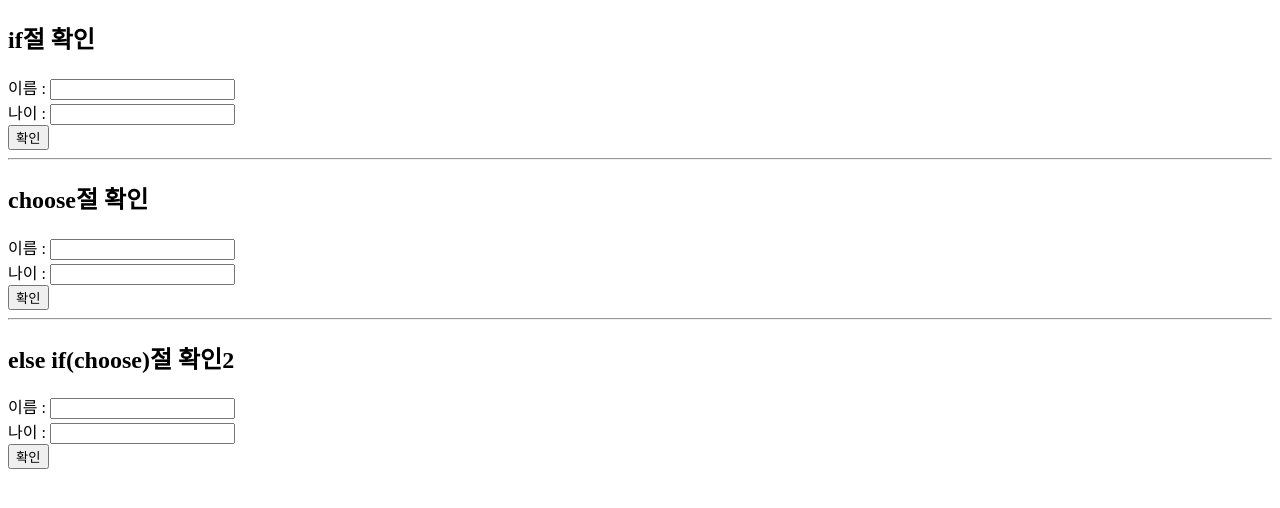
Repository: huntingforheat/JavaProject
Page: http://localhost/myweb/jstl/jstl_form.jsp
These files come from the project's save history. The page is drawn as it stood at one moment and after the next save; the edit follows.
The browser window is 1280 px wide. The pictures show the whole page.
The page is served by Tomcat 9.

Above is the page before, as saved 2024-04-17 03:02:59.

After the next save:
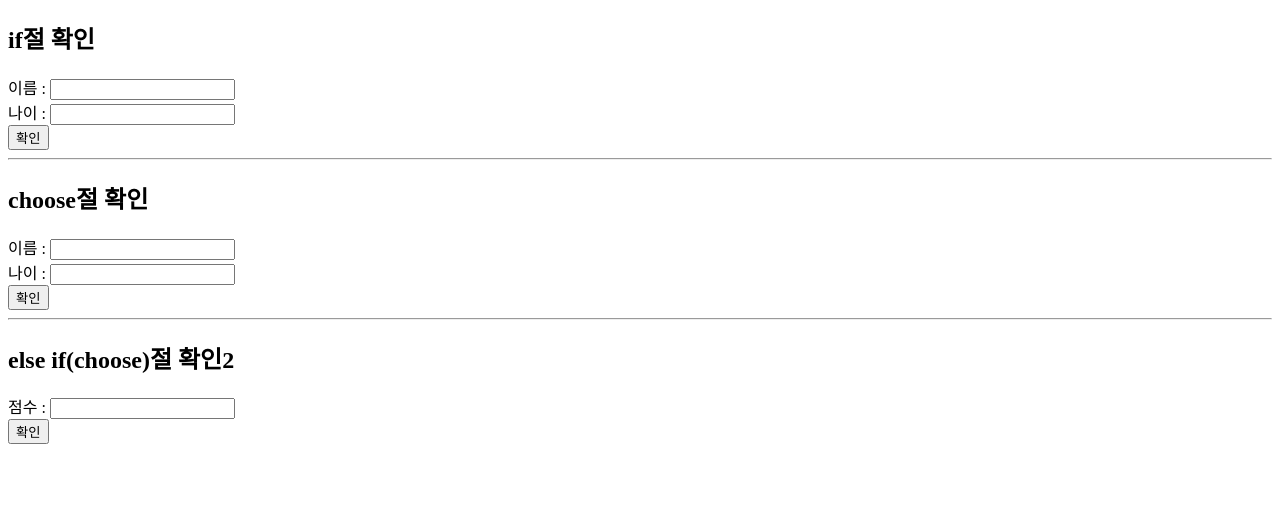
Saved 36 s later.
--- a/myweb/src/main/webapp/jstl/jstl_form.jsp
+++ b/myweb/src/main/webapp/jstl/jstl_form.jsp
@@ -24,9 +24,8 @@
 		<hr>
 		<h2>else if(choose)절 확인2</h2>
 		<!-- 점수를 입력 받아서 90점이상이면 A, 80점 이상이면 B, 70점이상이면 C 60점 이상이면 D, 60점 미만이면 F가 출력되게 해주세요. -->
-		<form action="jstl_choose.jsp">
-			이름 : <input type="text" name = "name"><br>
-			나이 : <input type = "text" name = "age"><br>
+		<form action="jstl_choose2.jsp">
+			점수 : <input type="text" name = "name"><br>
 			<input type = "submit" value = "확인">
 		</form>
 	</body>
